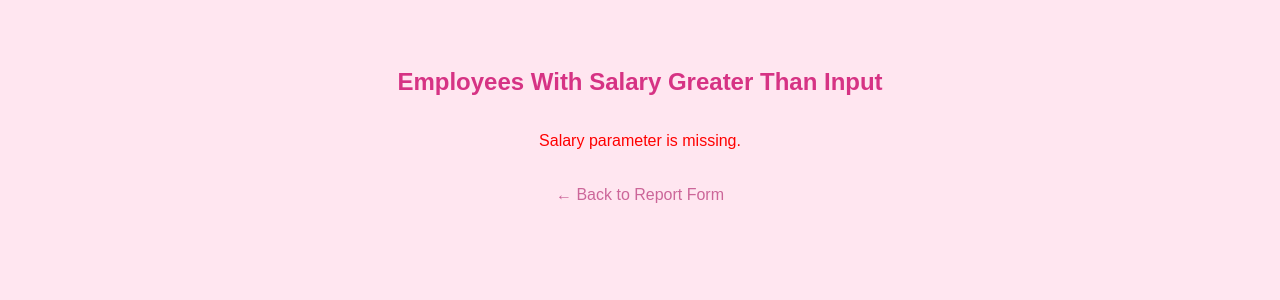
Repository: KUSUMA-74/Advance-JavaProject
Page: http://localhost/EmployeeWebApp/report_result.jsp
These files come from the project's save history. The page is drawn as it stood at one moment and after the next save; the edit follows.
The browser window is 1280 px wide. The pictures show the whole page.
The page is served by Tomcat 9.

Above is the page before, as saved 2025-05-30 15:28:26.

After the next save:
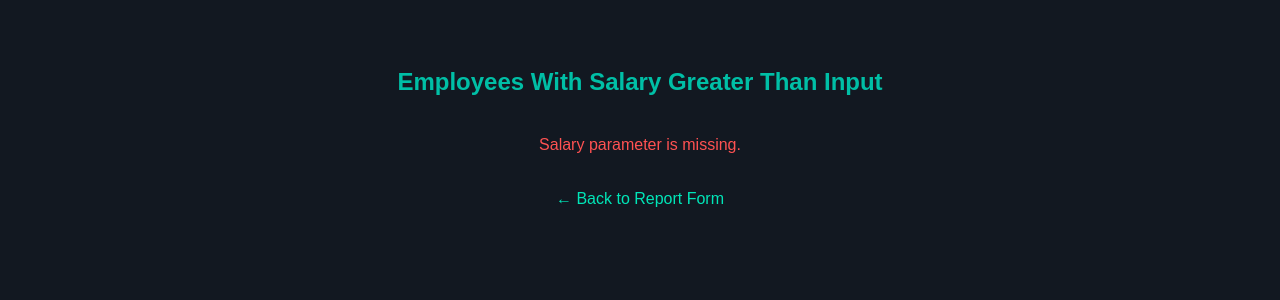
Saved 26 s later.
--- a/EmployeeWebApp/src/main/webapp/report_result.jsp
+++ b/EmployeeWebApp/src/main/webapp/report_result.jsp
@@ -3,11 +3,11 @@
 <!DOCTYPE html>
 <html>
 <head>
-    <title>Salary Report</title>
+    <title>Employee Salary Report</title>
     <style>
         body {
-            background-color: #ffe6f0;
-            color: #5a2a41;
+            background-color: #121821;
+            color: #e0e6e9;
             font-family: Arial, sans-serif;
             padding: 40px;
             display: flex;
@@ -15,34 +15,35 @@
             align-items: center;
         }
         h2 {
-            color: #d63384;
+            color: #00bfa6;
         }
         table {
             border-collapse: collapse;
             width: 90%;
-            background-color: #fff0f5;
+            background-color: #1e2a38;
             margin-top: 20px;
-            box-shadow: 0 4px 12px rgba(0,0,0,0.2);
+            box-shadow: 0 4px 12px rgba(0,0,0,0.3);
         }
         th, td {
             padding: 12px;
             text-align: center;
-            border: 1px solid #ffb3d1;
+            border-bottom: 1px solid #2e3c50;
         }
         th {
-            background-color: #ff99cc;
-            color: white;
+            background-color: #00bfa6;
+            color: black;
         }
         td {
-            color: #5a2a41;
+            color: #e0e6e9;
         }
         a {
             margin-top: 20px;
-            color: #cc6699;
+            color: #00e6b8;
             text-decoration: none;
         }
         .error {
-            color: red;
+            margin-top: 20px;
+            color: #ff5252;
         }
     </style>
 </head>
@@ -51,6 +52,10 @@
 
 <%
     String salaryStr = request.getParameter("salary");
+    String dbURL = "jdbc:mysql://localhost:3306/employee_db?useSSL=false&serverTimezone=UTC";
+    String dbUser = "root";
+    String dbPass = ""; // Replace with your actual MySQL password
+
     if (salaryStr == null || salaryStr.trim().isEmpty()) {
 %>
         <p class="error">Salary parameter is missing.</p>
@@ -58,12 +63,15 @@
     } else {
         try {
             double salary = Double.parseDouble(salaryStr);
-            Connection conn = DriverManager.getConnection("jdbc:mysql://localhost:3306/employee_db", "root", "");
-            PreparedStatement stmt = conn.prepareStatement("SELECT * FROM employees WHERE bsalary > ?");
+            Class.forName("com.mysql.cj.jdbc.Driver");
+            Connection conn = DriverManager.getConnection(dbURL, dbUser, dbPass);
+            String query = "SELECT * FROM employees WHERE bsalary > ?";
+            PreparedStatement stmt = conn.prepareStatement(query);
             stmt.setDouble(1, salary);
             ResultSet rs = stmt.executeQuery();
 
             boolean recordsFound = false;
+
 %>
     <table>
         <tr>
@@ -94,7 +102,15 @@
         </tr>
 <%
             }
-            rs.close(); stmt.close(); conn.close();
+
+            rs.close();
+            stmt.close();
+            conn.close();
+
+        } catch (NumberFormatException e) {
+%>
+        <p class="error">Invalid salary value provided.</p>
+<%
         } catch (Exception e) {
 %>
         <p class="error">Error: <%= e.getMessage() %></p>
@@ -102,6 +118,7 @@
         }
     }
 %>
+
     <a href="report_form.jsp">← Back to Report Form</a>
 </body>
 </html>
